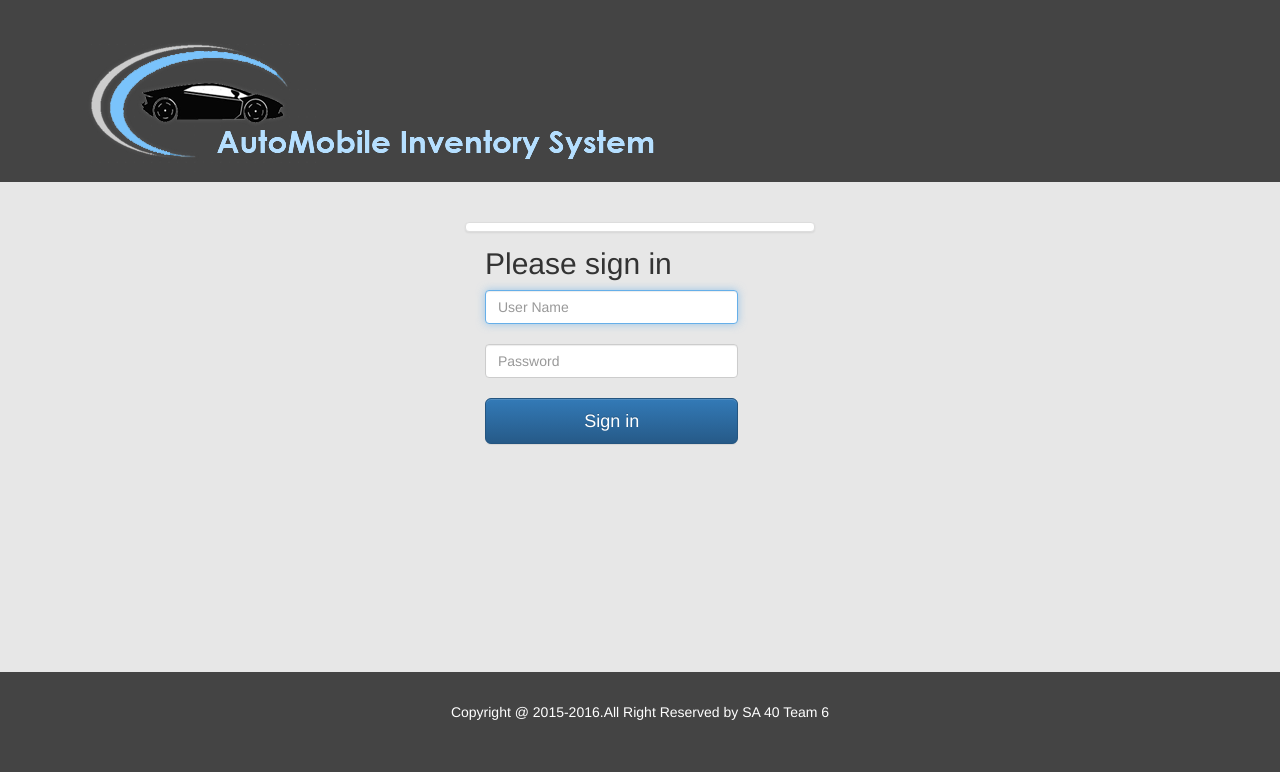
Repository: JiorMajor/InventorySystemWorkspace
Page: http://localhost/InventoryWebSA40Team6/ShowLogin
These files come from the project's save history. The page is drawn as it stood at one moment and after the next save; the edit follows.
The browser window is 1280 px wide. The pictures show the whole page.
The page is served by Tomcat 9.

Above is the page before, as saved 2015-06-12 17:45:01.

After the next save:
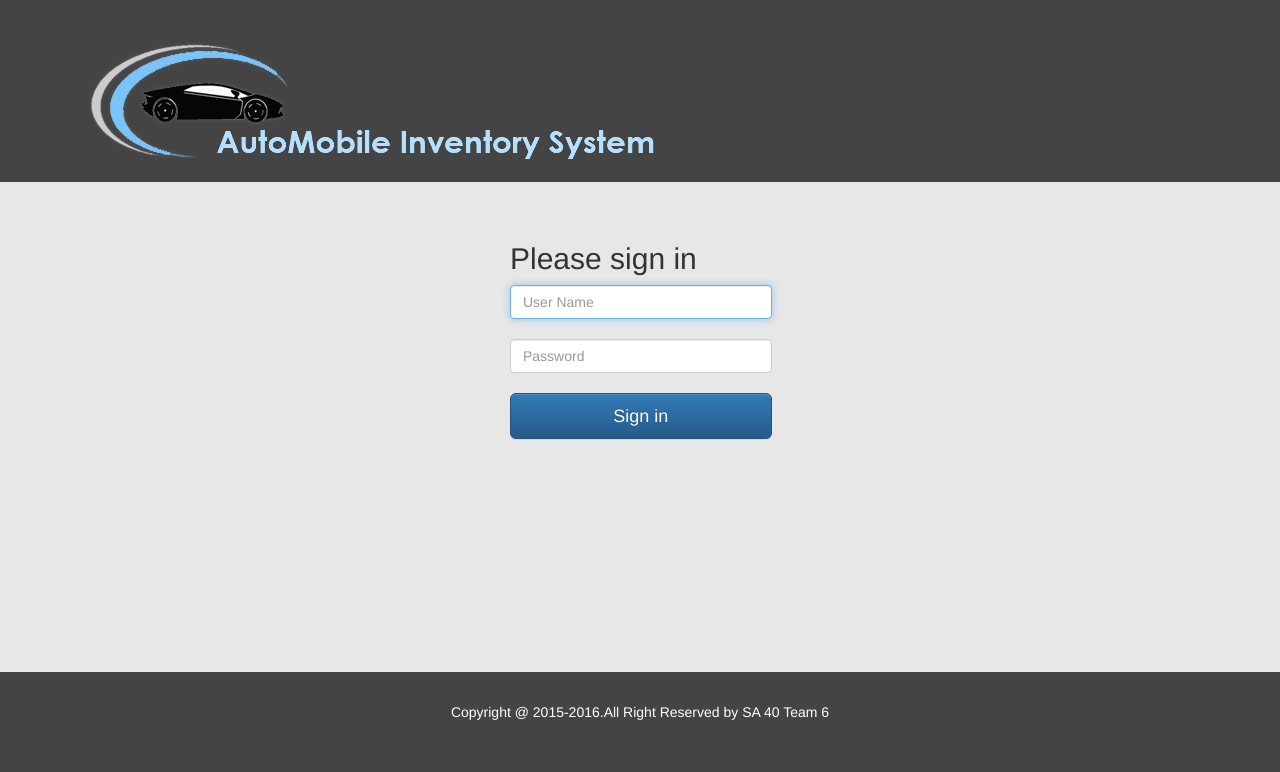
Saved 85 s later.
--- a/InventoryWebSA40Team6/WebContent/index.jsp
+++ b/InventoryWebSA40Team6/WebContent/index.jsp
@@ -39,7 +39,7 @@
 	  <div class="col-md-4 col-sm-4 col-xs-4"></div>
 	  <div class="col-md-4 col-sm-4 col-xs-4">
 	  <div class="col-md-1"></div>
-	  <div class="thumbnail">
+	  <div class="jumbotran">
 	  <div class="col-md-10">
       <form class="form-signin" action="/InventoryWebSA40Team6/ValidateLogin" method=post>
         <h2 class="form-signin-heading">Please sign in</h2>
